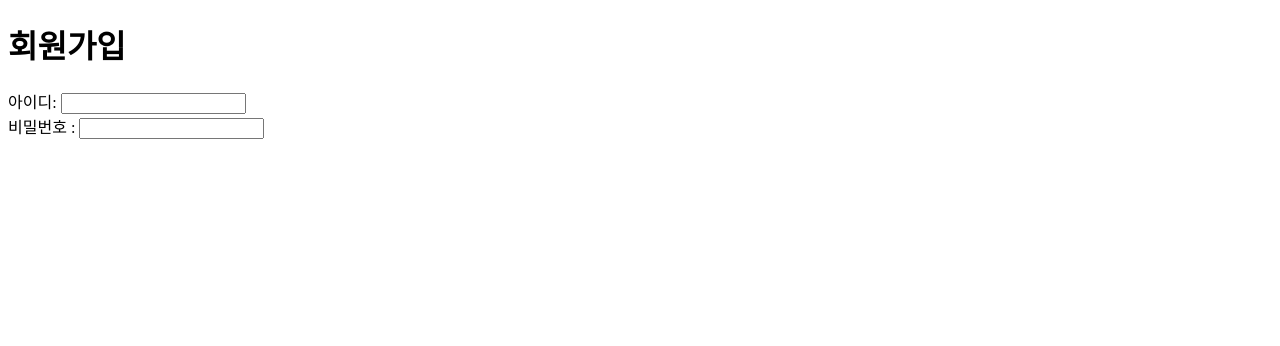
Repository: rmh6363/javastudy
Page: HelloWorld/WebContent/d.html
These files come from the project's save history. The page is drawn as it stood at one moment and after the next save; the edit follows.
The browser window is 1280 px wide. The pictures show the whole page.

Above is the page before, as saved 2020-12-04 08:28:59.

### HelloWorld/WebContent/d.html
<!DOCTYPE html>
<html>
<head>
<meta charset="UTF-8">
<title>Insert title here</title>
</head>
<body>
<h1>회원가입</h1>
<form action="a.html" method="post">
<label for = id>아이디:</label>
<input id = "id" name = "id">
<br>
<label for ="pw">비밀번호 :</label>
<input id = "pw" name = "pw">
<br>







</form>


</body>
</html>

After the next save:
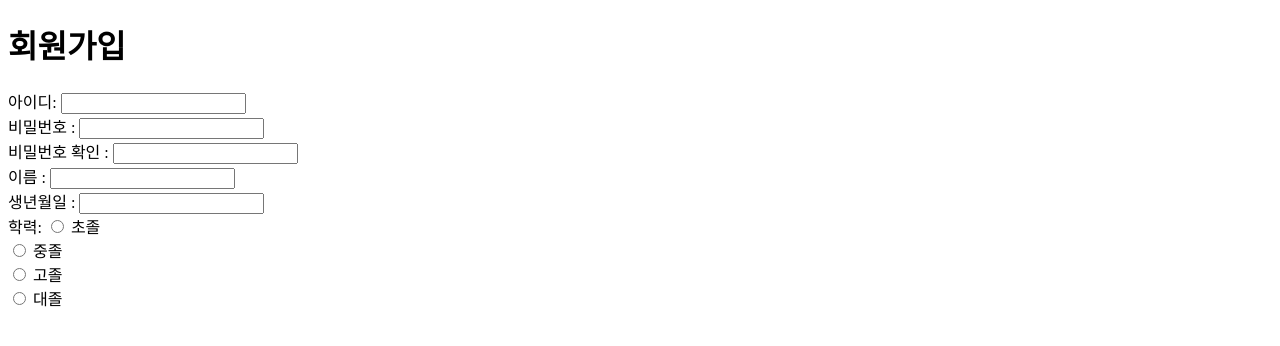
Saved 3 min 17 s later.
--- a/HelloWorld/WebContent/d.html
+++ b/HelloWorld/WebContent/d.html
@@ -13,11 +13,24 @@
 <label for ="pw">비밀번호 :</label>
 <input id = "pw" name = "pw">
 <br>
-
-
-
-
-
+<label for ="pw2">비밀번호 확인 :</label>
+<input id = "pw2" name = "pw2">
+<br>
+<label for = "name">이름 :</label>
+<input id = "name" name = "name">
+<br>
+<label for = "birth">생년월일 :</label>
+<input id = "birth" name="birth">
+<br>
+<label>학력:</label>
+<input type="radio" name = "school" value="es" id = "es"> <label for = "es">초졸</label>
+<br>
+<input type="radio" name = "school" value="es" id = "ms"> <label for = "ms">중졸</label>
+<br>
+<input type="radio" name = "school" value="es" id = "hs"> <label for = "hs">고졸</label>
+<br>
+<input type="radio" name = "school" value="es" id = "us"> <label for = "us">대졸</label>
+<br>
 
 
 </form>
